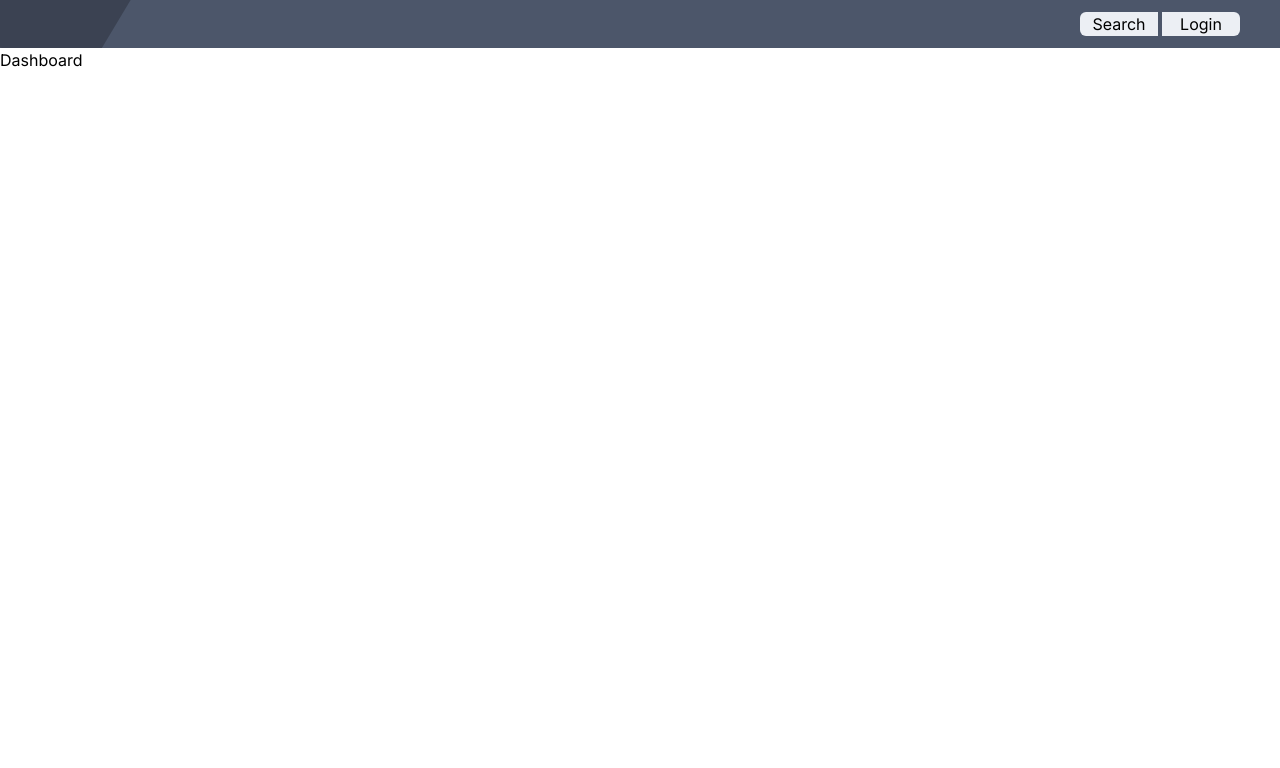
Repository: Qu4ntumGuy/project-bug
Page: /dashboard
These files come from the project's save history. The page is drawn as it stood at one moment and after the next save; the edit follows.
The browser window is 1280 px wide. The pictures show the whole page.
The project was rebuilt for these pictures with package versions that can differ from the ones it lists, and the page was loaded fresh each time. The framework's server and built-in components were replaced by stand-ins that run in the browser. Also part of the build but not shown: next.config.mjs.

Above is the page before, as saved 2024-02-12 00:28:32.

After the next save:
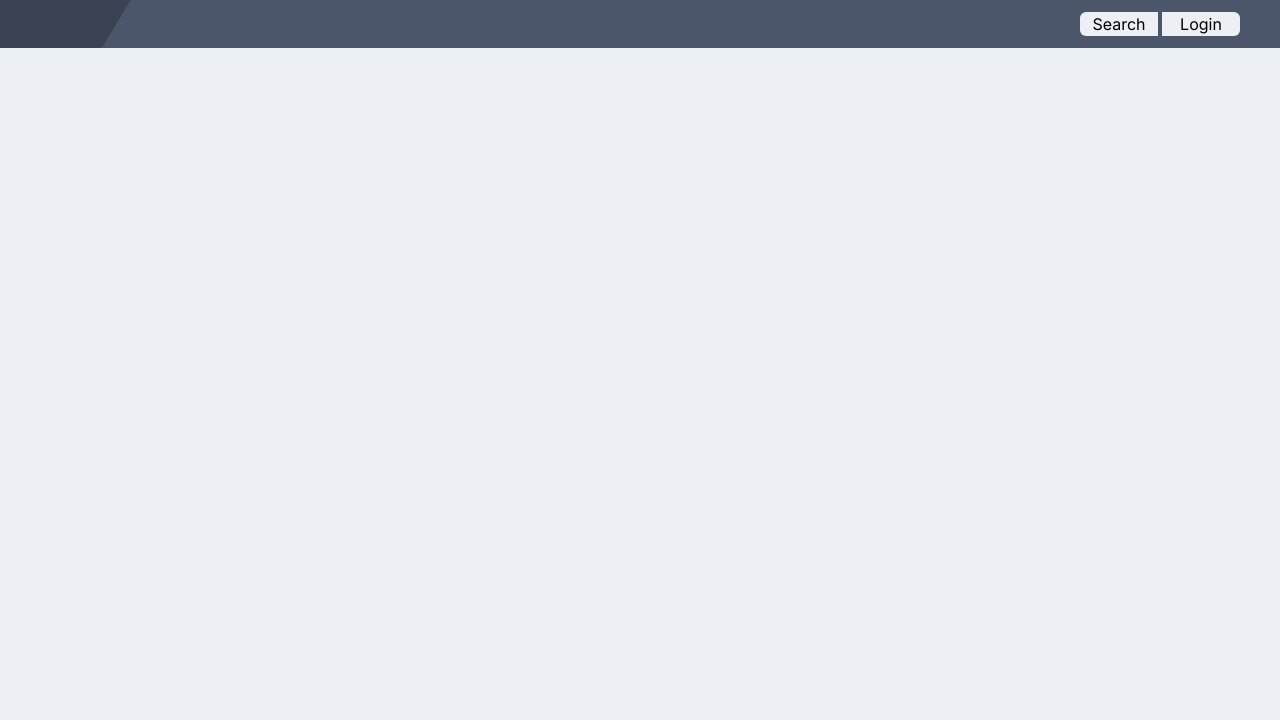
Saved 56 s later.
--- a/src/app/dashboard/layout.js
+++ b/src/app/dashboard/layout.js
@@ -5,11 +5,8 @@ export default function Dashboard({ children }) {
   //   const { data: session, status } = useSession();
 
   return (
-    <div className="sticky top-0 h-screen inset-0">
-      <div className="flex flex-col bg-white w-full">
-        <Navbar />
-        <div className="w-full h-screen overflow-hidden">{children}</div>
-      </div>
+    <div>
+      <Navbar />
     </div>
   );
 }
